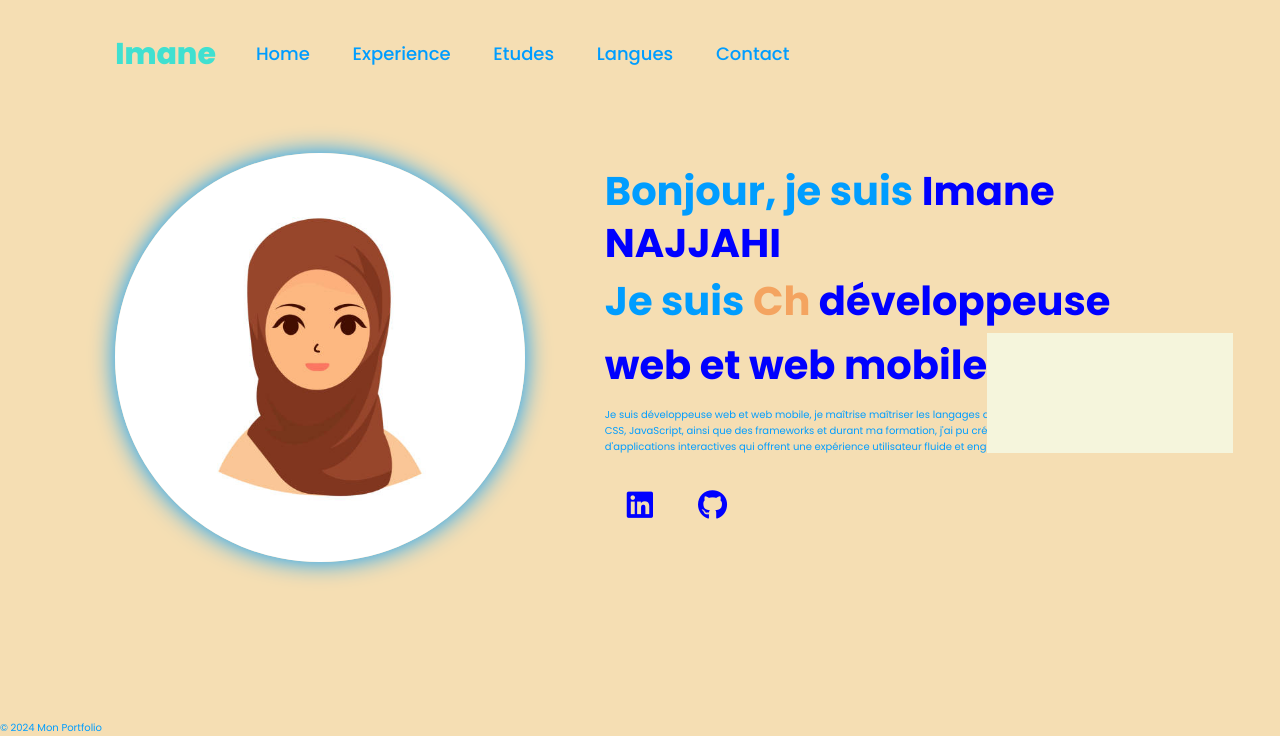
Repository: Najjahi/10mentions_web_back
Page: 02_PHP/portefolio/apropos.html
These files come from the project's save history. The page is drawn as it stood at one moment and after a run of saves; the edit follows.
The browser window is 1280 px wide. The pictures show the whole page.
Some web fonts or font styles are not loaded; a fallback is used. Some web libraries are served in a nearby version.

Above is the page before, as saved 2024-12-03 10:46:37.

### 02_PHP/portefolio/apropos.html
<!DOCTYPE html>
<html lang="fr">
<head>
    <meta charset="UTF-8">
    <meta name="viewport" content="width=device-width, initial-scale=1.0">
    <link rel="stylesheet" href=" @import url('https://fonts.googleapis.com/css2?family=Poller+One&family=Poppins:ital,wght@0,100;0,200;0,300;0,400;0,500;0,600;0,700;0,800;0,900;1,100;1,200;1,300;1,400;1,500;1,600;1,700;1,800;1,900&display=swap');
        ">
    <title>Mon Portfolio</title>
    <link rel="stylesheet" href="css/style.css">
</head>
<body>
    <header>
        <a href="#" class="logo">Imane</a>

        <nav>
            <a href="#" class="active">Home</a>
            <a href="#">Experience</a>
            <a href="#">Etudes</a>
            <a href="#">Langues</a>
            <a href="#">Contact</a>
        </nav>
    </header>

    <section class="home">
        <div class="home-img">
            <img src="img/imane.jpg" alt="">
        </div>
        <div class="home-content">
            <h1>Bonjour, je suis <span>Imane NAJJAHI</span></h1>
            <h3 class="typing-text"> Je suis <span> développeuse web et web mobile </span></h3>
            <p> Je suis développeuse web et web mobile, je maîtrise  maîtriser les langages de programmation tels que HTML, CSS, JavaScript, ainsi que des frameworks et durant ma formation, j'ai pu créer de sites web responsives et d'applications interactives qui offrent une expérience utilisateur fluide et engageante.<p>
                <div class="social-icons">
                    <a href="#"> <i class="fa-brands fa-linkedin"></i></a>
                    <a href="#"> <i class="fa-brands fa-github"></i></a>


                </div>
        </div>

    </section>




    <footer>
        <script src="https://kit.fontawesome.com/3fc7a9accd.js" crossorigin="anonymous"></script>
        <p>&copy; 2024 Mon Portfolio</p>
    </footer>
</body>
</html>

### 02_PHP/portefolio/css/style.css
@import url('https://fonts.googleapis.com/css2?family=Poller+One&family=Poppins:ital,wght@0,100;0,200;0,300;0,400;0,500;0,600;0,700;0,800;0,900;1,100;1,200;1,300;1,400;1,500;1,600;1,700;1,800;1,900&display=swap');

*{
    margin: 0;
    padding: 0;
    box-sizing: border-box;
    text-decoration: none;
    border: none;
    outline: none;
    font-family: 'Poppins', sans-serif;
}

html{
    font-size: 62.5%;
}

body{
    width: 100%;
    height: 100vh;
    overflow-x: hidden;
    background-color: wheat;
    color: rgb(0, 157, 255);
    line-height: 1.6;
}

header{
    margin-top: 20px;
    position: fixed;
    top: 0;
    left: 0;
    width: 100;
    padding: 1rem 9%;
    background-color: transparent;
    filter: drop-shadow(10px);
    display: flex;
    justify-content: space-between;
    align-items: center;
    z-index: 100;
    text-align: center;
}

.logo{
    font-size: 3rem;
    color: turquoise;
    font-weight: 800;
    cursor: pointer;
    transition: 0.5s ease;
}

.logo:hover{
    transform: scale(1.1);

}


nav a {
    font-size: 1.8rem;
    color: rgb(0, 157, 255);
    margin-left: 4rem;
    font-weight: 500;
    transition: 0.3s ease;
    border-bottom: 3px solid transparent;

}

nav a:hover,
nav a:active{
    color: turquoise;
    border-bottom: 3px solid turquoise;
}

@media(max-width:995px) {
    nav{
        position: absolute;
        top: 100%;
        right: 0;
        width: 40%;
        border-left: 3px solid turquoise;
        border-bottom: 3px solid turquoise;
        border-bottom-right-radius: 2rem;
        padding: 1rem solid;
        background-color: wheat;
        border-top: 0.1rem solid rgba(0, 0, 0, 0.1);

    }

    nav:active {
        display: block;
    }

    nav a {
        display: block;
        font-size: 2rem;
        margin: 3rem 0;
    }

    nav a:hover,
    nav a:active {
        padding: 1rem;
        border-radius: 0.5rem;
        border-bottom: 0.5rem solid turquoise;

    }
    }
    section {
        min-height: 100vh;
        padding: 5rem 9% 5rem;

    }

    .home {
        display: flex;
        justify-content: center;
        align-items: center;
        gap: 8rem;
        background-color: wheat;
    }
    .home-content h3 {
        font-size: 4rem;
        margin-bottom: 1rem;
        font-weight: 700;
    }
    .home .home-content h1 {
        font-size: 4rem;
        font-weight: 700;
        line-height: 1.3;
    }

    span{
        color: blue;
    }

    .home .home-content h3 {
        font-size: 4rem;
        font-weight: 700;
        margin-bottom: 1rem;
    }


    .home-img {
        border-radius: 50%;
    }
    .home-img img{
        position: relative;
        width: 32vw;
        border-radius: 50%;
        box-shadow: 0 0 25px;
        cursor: pointer;
        transition: 0.2s linear;

    }
    .home-img img-hover {
        font-size: 1.8rem;
        font-weight: 500;
    }

    .social-icons a{
        display: inline-flex;
        justify-content: center;
        align-items: center;
        width: 4rem;
        height: 4rem;
        background-color: transparent;
        border: 0.2rem;
        font-size: 3rem;
        border-radius: 50%;
        margin: 3rem 1.5rem 3rem;
        transition: 0.3s ease;
        color: blue;
    }
    .social-icons a:hover{
        color: wheat;
        transform: scale(1.3) translateY(-5px) ;
        background-color:  rgb(0, 157, 255);
        box-shadow: 0 0 25px aqua;
    }

    .btn{
        display: inline-block;
        padding: 1rem 2.8rem;
        background-color: beige;
        border-radius: 4rem;
        font-size: 1.6rem;
        color: aqua;
        letter-spacing: 0.3rem;
        font-weight: 600;
        border: 2px solid aqua;
        transition: 0.3s ease;
        cursor: pointer;
    }

    .btn:hover{
        transform: scale3d(1.03);
        background-color: blue;
        color: beige;
        box-shadow: 0 0 25px aqua;
    }
    .typing-text{
        font-size: 34px;
        font-weight: 600;
        min-width: 280px;
    }

    .typing-text span{
        position: relative;
    }

    .typing-text span::before{
        content: "Developpeuse Web et Web mobile";
        color: sandybrown;
        animation: words 20s infinite;
    }
    .typing-text span::after{
        content: "";
        background-color: beige;
        position: absolute;
        width: calc(100% + 8px);
        height: 100%;
        border-left: 3px solid beige;
        right: -8;
        animation: cursor 0.6s infinite
    }
    @keyframes cursor {
        to{
            border-left: 3px solid beige;
        }
    }
    @keyframes words {
        0%, 20%{
            content:"Developpeuse Web et Web mobile";
        }
        21%, 40%{
            content: "Ch";

        }

    }

After the next 2 saves:
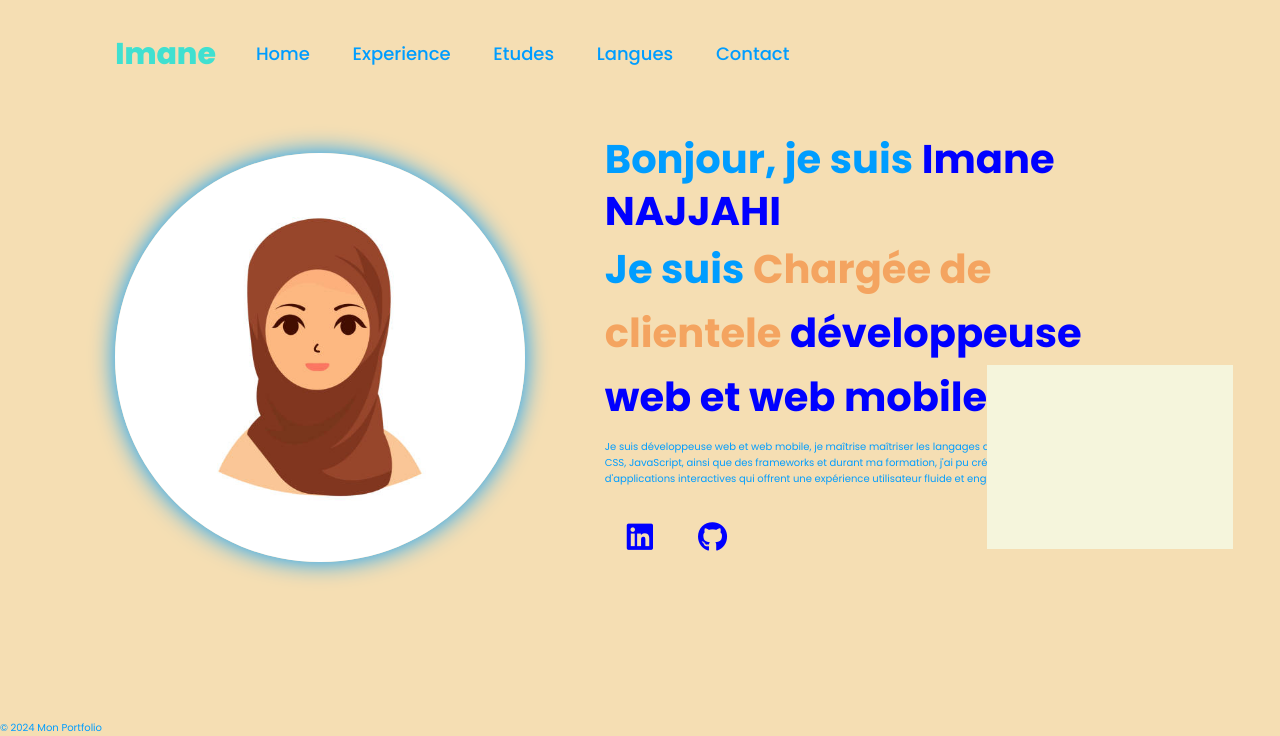
The 2 saves are shown as one change because they came seconds apart.
The last was saved 10 s later.
--- a/02_PHP/portefolio/css/style.css
+++ b/02_PHP/portefolio/css/style.css
@@ -230,7 +230,7 @@ nav a:active{
             content:"Developpeuse Web et Web mobile";
         }
         21%, 40%{
-            content: "Ch";
+            content: "Chargée de clientele";
 
         }
 
